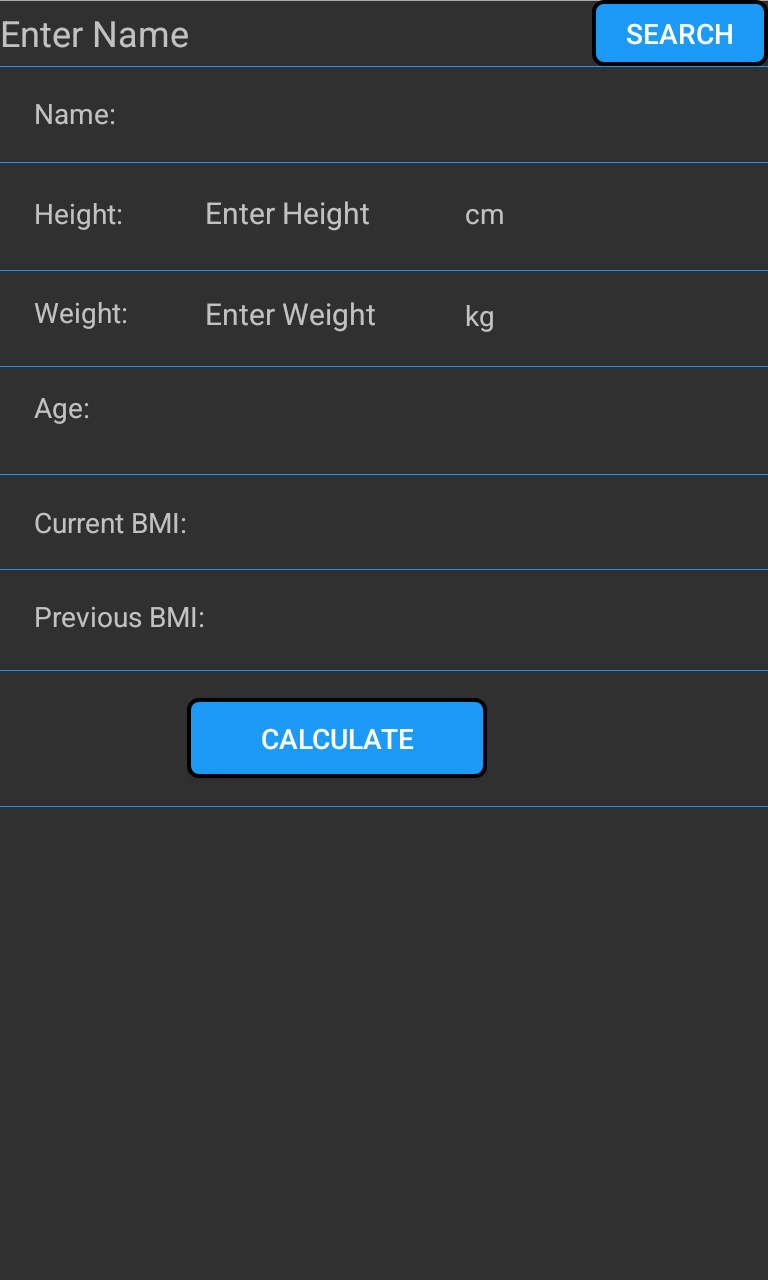
Repository: Team-7/prototype.6
Layout: workspace/Hope World Wide/res/layout/bmi.xml
The author's editor kept a copy of each file at every save. The layout is drawn from the files as they stood at one save, then again after the next save.
It is drawn on a 768 x 1280 px phone screen (xhdpi) without system bars, with theme AppTheme; the app's code is not run.

Above is the layout before, as saved 2014-05-31 13:28:37.

### workspace/Hope World Wide/res/layout/bmi.xml
<?xml version="1.0" encoding="utf-8"?>
<RelativeLayout xmlns:android="http://schemas.android.com/apk/res/android"
    xmlns:tools="http://schemas.android.com/tools"
    android:id="@+id/container"
    android:layout_width="match_parent"
    android:layout_height="wrap_content"
    android:focusable="true"
    tools:context="com.example.hwwv2.MainActivity"
    tools:ignore="MergeRootFrame" >

    <AutoCompleteTextView
        android:id="@+id/auto_names"
        android:layout_width="match_parent"
        android:layout_height="33dp"
        android:layout_alignParentLeft="true"
        android:layout_alignParentTop="true"
        android:layout_toLeftOf="@+id/button2"
        android:background="@null"
        android:ems="10"
        android:hint="@string/search"
        android:inputType="text" />

    <View
        android:id="@+id/view1"
        android:layout_width="fill_parent"
        android:layout_height="0.2dp"
        android:layout_alignParentLeft="true"
        android:layout_below="@+id/auto_names"
        android:background="#1B9AF7"
        android:paddingBottom="3dp" />

    <TextView
        android:id="@+id/Name"
        android:layout_width="wrap_content"
        android:layout_height="wrap_content"
        android:layout_alignParentLeft="true"
        android:layout_below="@+id/auto_names"
        android:layout_marginLeft="17dp"
        android:layout_marginTop="14dp"
        android:text="@string/name" />

    <View
        android:id="@+id/View01"
        android:layout_width="fill_parent"
        android:layout_height="0.2dp"
        android:layout_alignParentLeft="true"
        android:layout_below="@+id/Name"
        android:layout_marginTop="15dp"
        android:background="#1B9AF7"
        android:paddingBottom="3dp" />

    <TextView
        android:id="@+id/textView1"
        android:layout_width="wrap_content"
        android:layout_height="wrap_content"
        android:layout_alignLeft="@+id/Name"
        android:layout_below="@+id/Name"
        android:layout_marginTop="31dp"
        android:text="@string/height" />

    <TextView
        android:id="@+id/weight"
        android:layout_width="wrap_content"
        android:layout_height="wrap_content"
        android:layout_alignLeft="@+id/textView1"
        android:layout_below="@+id/heightvalue"
        android:layout_marginTop="30dp"
        android:text="@string/weight" />

    <View
        android:id="@+id/View03"
        android:layout_width="fill_parent"
        android:layout_height="0.2dp"
        android:layout_alignParentLeft="true"
        android:layout_below="@+id/editText2"
        android:layout_marginTop="16dp"
        android:background="#1B9AF7"
        android:paddingBottom="3dp" />

    <View
        android:id="@+id/View05"
        android:layout_width="fill_parent"
        android:layout_height="0.2dp"
        android:layout_alignParentLeft="true"
        android:layout_below="@+id/View05"
        android:background="@android:color/darker_gray"
        android:paddingBottom="3dp" />

    <TextView
        android:id="@+id/textView3"
        android:layout_width="wrap_content"
        android:layout_height="wrap_content"
        android:layout_alignBaseline="@+id/heightvalue"
        android:layout_alignBottom="@+id/heightvalue"
        android:layout_alignRight="@+id/heightvalue"
        android:text="@string/cm" />

    <TextView
        android:id="@+id/textView4"
        android:layout_width="wrap_content"
        android:layout_height="wrap_content"
        android:layout_alignBottom="@+id/editText2"
        android:layout_alignLeft="@+id/textView3"
        android:text="@string/kg" />

    <TextView
        android:id="@+id/age"
        android:layout_width="wrap_content"
        android:layout_height="wrap_content"
        android:layout_alignLeft="@+id/weight"
        android:layout_below="@+id/editText2"
        android:layout_marginTop="27dp"
        android:text="@string/age" />

    <Button
        android:id="@+id/button2"
        android:layout_width="wrap_content"
        android:layout_height="wrap_content"
        android:layout_alignBottom="@+id/auto_names"
        android:layout_alignParentRight="true"
        android:layout_alignParentTop="true"
        android:background="@drawable/calculate"
        android:text="@string/mySearch"
        android:textColor="#ffffff" />

    <TextView
        android:id="@+id/textView5"
        android:layout_width="match_parent"
        android:layout_height="wrap_content"
        android:layout_above="@+id/textView1"
        android:layout_alignLeft="@+id/heightvalue"
        android:textSize="15sp" />

    <EditText
        android:id="@+id/editText2"
        android:layout_width="150dp"
        android:layout_height="wrap_content"
        android:layout_alignTop="@+id/weight"
        android:layout_toRightOf="@+id/bmi"
        android:background="@null"
        android:ems="10"
        android:hint="@string/weightHint"
        android:inputType="numberDecimal"
        android:maxLength="4"
        android:textSize="15sp" />

    <View
        android:id="@+id/View06"
        android:layout_width="fill_parent"
        android:layout_height="0.2dp"
        android:layout_alignParentLeft="true"
        android:layout_below="@+id/textView2"
        android:layout_marginTop="14dp"
        android:background="#1B9AF7"
        android:paddingBottom="3dp" />

    <TextView
        android:id="@+id/textView9"
        android:layout_width="200dp"
        android:layout_height="wrap_content"
        android:layout_above="@+id/View06"
        android:layout_alignLeft="@+id/textView6"
        android:layout_alignTop="@+id/textView2"
        android:textSize="15sp" />

    <View
        android:id="@+id/View07"
        android:layout_width="fill_parent"
        android:layout_height="0.2dp"
        android:layout_alignParentLeft="true"
        android:layout_below="@+id/textView7"
        android:layout_marginTop="16dp"
        android:background="#1B9AF7"
        android:paddingBottom="3dp" />

    <Button
        android:id="@+id/button1"
        android:layout_width="150dp"
        android:layout_height="40dp"
        android:layout_below="@+id/textView7"
        android:layout_marginTop="30dp"
        android:layout_toRightOf="@+id/textView2"
        android:background="@drawable/calculate"
        android:text="@string/calculate"
        android:textColor="#ffffff" />

    <View
        android:id="@+id/View08"
        android:layout_width="fill_parent"
        android:layout_height="0.2dp"
        android:layout_alignParentLeft="true"
        android:layout_below="@+id/button1"
        android:layout_marginTop="14dp"
        android:background="#1B9AF7"
        android:paddingBottom="3dp" />

    <TextView
        android:id="@+id/textView10"
        android:layout_width="300dp"
        android:layout_height="wrap_content"
        android:layout_below="@+id/button1"
        android:layout_centerHorizontal="true"
        android:layout_marginTop="20dp"
        android:gravity="center"
        android:textSize="15sp" />

    <TextView
        android:id="@+id/textView2"
        android:layout_width="wrap_content"
        android:layout_height="wrap_content"
        android:layout_alignLeft="@+id/age"
        android:layout_below="@+id/textView6"
        android:layout_marginTop="37dp"
        android:text="@string/currentBMI" />

    <TextView
        android:id="@+id/bmi"
        android:layout_width="wrap_content"
        android:layout_height="wrap_content"
        android:layout_alignLeft="@+id/textView2"
        android:layout_below="@+id/textView9"
        android:layout_marginTop="28dp"
        android:text="@string/previousBMI" />

    <TextView
        android:id="@+id/textView6"
        android:layout_width="150dp"
        android:layout_height="wrap_content"
        android:layout_alignTop="@+id/age"
        android:layout_toLeftOf="@+id/button2"
        android:textSize="15sp" />

    <View
        android:id="@+id/View19"
        android:layout_width="wrap_content"
        android:layout_height="0.2dp"
        android:layout_above="@+id/textView9"
        android:layout_alignParentLeft="true"
        android:layout_marginBottom="14dp"
        android:background="#1B9AF7"
        android:paddingBottom="3dp" />

    <View
        android:id="@+id/View04"
        android:layout_width="wrap_content"
        android:layout_height="0.2dp"
        android:layout_above="@+id/View04"
        android:layout_alignParentLeft="true"
        android:background="@android:color/darker_gray"
        android:paddingBottom="3dp" />

    <TextView
        android:id="@+id/textView7"
        android:layout_width="200dp"
        android:layout_height="wrap_content"
        android:layout_alignLeft="@+id/textView9"
        android:layout_alignTop="@+id/bmi"
        android:textSize="15sp" />

    <TextView
        android:id="@+id/textView11"
        android:layout_width="wrap_content"
        android:layout_height="wrap_content"
        android:layout_alignLeft="@+id/editText2"
        android:layout_alignRight="@+id/button1"
        android:layout_below="@+id/weight"
        android:textAppearance="?android:attr/textAppearanceSmall" />

    <TextView
        android:id="@+id/textView12"
        android:layout_width="wrap_content"
        android:layout_height="wrap_content"
        android:layout_alignLeft="@+id/textView6"
        android:layout_alignRight="@+id/textView11"
        android:layout_below="@+id/textView1"
        android:textAppearance="?android:attr/textAppearanceSmall" />

    <View
        android:id="@+id/View02"
        android:layout_width="fill_parent"
        android:layout_height="0.2dp"
        android:layout_alignParentLeft="true"
        android:layout_below="@+id/textView12"
        android:background="#1B9AF7"
        android:paddingBottom="3dp" />

    <EditText
        android:id="@+id/heightvalue"
        android:layout_width="150dp"
        android:layout_height="wrap_content"
        android:layout_alignBaseline="@+id/textView1"
        android:layout_alignBottom="@+id/textView1"
        android:layout_alignLeft="@+id/editText2"
        android:background="@null"
        android:ems="10"
        android:hint="@string/heightValue"
        android:inputType="number"
        android:maxLength="3"
        android:textSize="15sp" />

</RelativeLayout>

### workspace/Hope World Wide/res/values/styles.xml
<resources>

    <!--
        Base application theme, dependent on API level. This theme is replaced
        by AppBaseTheme from res/values-vXX/styles.xml on newer devices.
    -->


    <!-- Application theme. -->
    <style name="AppTheme" parent="Theme.AppCompat">
        <!-- All customizations that are NOT specific to a particular API-level can go here. -->
    </style>

    <style name="Text"> </style>
    <style name="Text.Strong">
           <item name="@android:paddingLeft">2dp</item>
           <item name="@android:paddingBottom">2dp</item>
           <item name="@android:textColor">#000000</item>
           <item name="@android:textStyle">bold|italic</item>
     </style>

     <style name="Text.Strong.Blurry">
           <item name="@android:shadowColor">#BBBBBB</item>
           <item name="@android:shadowDx">2</item>
           <item name="@android:shadowDy">2</item>
           <item name="@android:shadowRadius">15</item>
           <item name="@android:textStyle">bold</item>
     </style>

</resources>

### workspace/Hope World Wide/res/values/strings.xml
<?xml version="1.0" encoding="utf-8"?>
<resources>

    <string name="app_name">HopeWorldWide</string>
    <string name="hello_world">Hello world!</string>
    <string name="action_settings">Settings</string>
    <string name="login"> Login</string>
    <string name="menu"> Home</string>
     <string name="myecd"> Search for ECD</string>
    <string name="username"> Username</string>
    <string name="password"> Password</string>

    <string name="name">Name: </string>
    <string name="height">Height: </string>
    <string name="heightValue">Enter Height</string> <!-- height hint -->
    <string name="weight">Weight: </string>
    <string name="weightHint">Enter Weight</string> <!-- weight hint -->
    <string name="mySearch">Search</string>
    <string name="logout">Logout</string>
    <string name="update">Update Child</string>
    <string name="bmiTitle">Child Information</string>
    <string name="save">Save</string>
    <string name="cancel">Cancel</string>


    <string name="age">Age: </string>
    <string name="calculate">Calculate</string>
    <string name="currentBMI">Current BMI: </string>
    <string name="previousBMI">Previous BMI: </string>
     <string name="AutoCompleteTextView"></string>

     <string name="cm">cm</string>
      <string name="kg">kg</string>
       <string name="hopeworldwide">     \t\t Hope \n         World Wide</string>

       <string name="Login">Login</string> <!-- text in the login button -->
       <string name="login2">Login</string><!-- name of the login page  -->
       <string name="bmi">BMI Calculator</string> <!-- name of the page that calculate bmi -->

       <string name="landing">Hope World Wide</string>

       <!-- landing page buttons -->
        <string name="lButton1">BMI Calculator</string>
        <string name="lButton2">Add Child</string>
        <string name="lButton3">Synchronize Data</string>

        <string name="search">Enter Name</string>
        <string name="ecd">Enter ECD Name</string>
        <string name="ecd1">Search for ECD</string>
         <string name="autocompete">Auto complete</string>

         <string name="sync">Synchronize</string>

         <string name="updateC">Update Child</string>
         <string name="calc">BMI Calculator</string>
         <string name="addC">Add child</string>

         <string name="clogo">child logo</string>
         <string name="synclogo">sync logo</string>
         <string name="calclogo">calc logo</string>
         <string name="addlogo">add logo</string>
         <string name="logoutlogo">logout logo</string>
         <string name="updatelogo">update logo</string>


</resources>

### workspace/Hope World Wide/res/drawable/calculate.xml
<?xml version="1.0" encoding="utf-8"?>
<shape xmlns:android="http://schemas.android.com/apk/res/android"
    android:shape="rectangle" >

    <stroke android:width="2dip" >
    </stroke>

    <solid android:color="#1B9AF7" >
    </solid>

    <corners
        android:bottomLeftRadius="5dip"
        android:bottomRightRadius="5dip"
        android:topLeftRadius="5dip"
        android:topRightRadius="5dip" >
    </corners>

</shape>

After the next save:
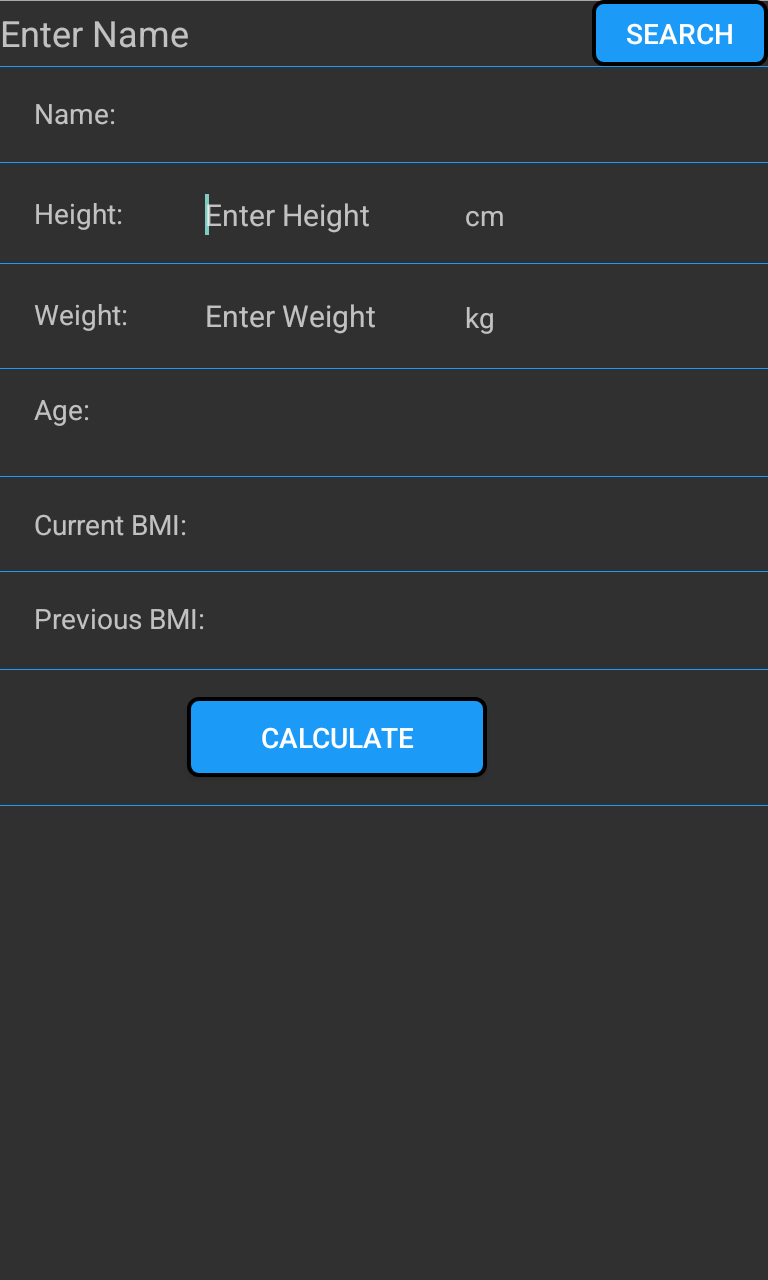
Saved 5 min 42 s later.
--- a/workspace/Hope World Wide/res/layout/bmi.xml
+++ b/workspace/Hope World Wide/res/layout/bmi.xml
@@ -57,6 +57,16 @@
         android:layout_below="@+id/Name"
         android:layout_marginTop="31dp"
         android:text="@string/height" />
+
+    <View
+        android:id="@+id/View02"
+        android:layout_width="fill_parent"
+        android:layout_height="0.2dp"
+        android:layout_alignParentLeft="true"
+        android:layout_below="@+id/heightvalue"
+        android:layout_marginTop="14dp"
+        android:background="#1B9AF7"
+        android:paddingBottom="3dp" />
 
     <TextView
         android:id="@+id/weight"
@@ -253,49 +263,44 @@
         android:id="@+id/textView7"
         android:layout_width="200dp"
         android:layout_height="wrap_content"
+        android:layout_alignBottom="@+id/bmi"
         android:layout_alignLeft="@+id/textView9"
         android:layout_alignTop="@+id/bmi"
         android:textSize="15sp" />
-
-    <TextView
-        android:id="@+id/textView11"
-        android:layout_width="wrap_content"
-        android:layout_height="wrap_content"
-        android:layout_alignLeft="@+id/editText2"
-        android:layout_alignRight="@+id/button1"
-        android:layout_below="@+id/weight"
-        android:textAppearance="?android:attr/textAppearanceSmall" />
-
-    <TextView
-        android:id="@+id/textView12"
-        android:layout_width="wrap_content"
-        android:layout_height="wrap_content"
-        android:layout_alignLeft="@+id/textView6"
-        android:layout_alignRight="@+id/textView11"
-        android:layout_below="@+id/textView1"
-        android:textAppearance="?android:attr/textAppearanceSmall" />
-
-    <View
-        android:id="@+id/View02"
-        android:layout_width="fill_parent"
-        android:layout_height="0.2dp"
-        android:layout_alignParentLeft="true"
-        android:layout_below="@+id/textView12"
-        android:background="#1B9AF7"
-        android:paddingBottom="3dp" />
 
     <EditText
         android:id="@+id/heightvalue"
         android:layout_width="150dp"
         android:layout_height="wrap_content"
-        android:layout_alignBaseline="@+id/textView1"
-        android:layout_alignBottom="@+id/textView1"
         android:layout_alignLeft="@+id/editText2"
+        android:layout_alignTop="@+id/textView1"
         android:background="@null"
         android:ems="10"
         android:hint="@string/heightValue"
         android:inputType="number"
         android:maxLength="3"
-        android:textSize="15sp" />
+        android:textSize="15sp" >
+
+        <requestFocus />
+    </EditText>
+
+    <TextView
+        android:id="@+id/textView11"
+        android:layout_width="wrap_content"
+        android:layout_height="wrap_content"
+        android:layout_alignLeft="@+id/editText2"
+        android:layout_alignRight="@+id/button1"
+        android:layout_below="@+id/weight"
+        android:textAppearance="?android:attr/textAppearanceSmall" />
+
+    <TextView
+        android:id="@+id/textView12"
+        android:layout_width="wrap_content"
+        android:layout_height="wrap_content"
+        android:layout_alignBottom="@+id/View02"
+        android:layout_alignLeft="@+id/textView6"
+        android:layout_alignRight="@+id/textView11"
+        android:layout_below="@+id/textView1"
+        android:textAppearance="?android:attr/textAppearanceSmall" />
 
 </RelativeLayout>
